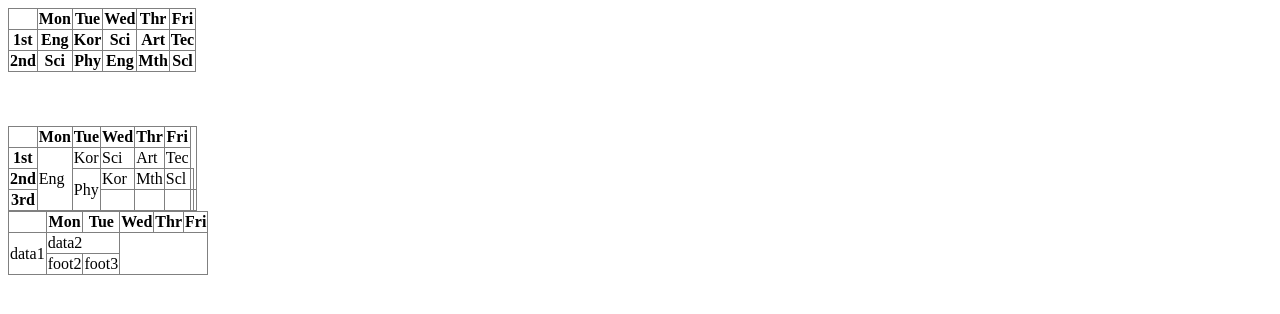
Repository: LucestDail/WebEclipse-Workspace
Page: htmlProject/WebContent/Test1.html
These files come from the project's save history. The page is drawn as it stood at one moment and after the next save; the edit follows.
The browser window is 1280 px wide. The pictures show the whole page.

Above is the page before, as saved 2020-11-05 06:50:55.

After the next save:
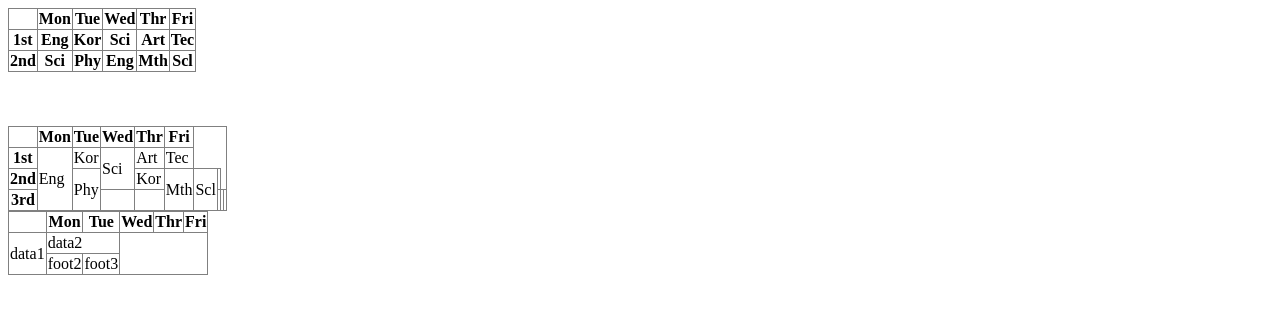
Saved 64 s later.
--- a/htmlProject/WebContent/Test1.html
+++ b/htmlProject/WebContent/Test1.html
@@ -47,7 +47,7 @@
 	<th>1st</th>
 	<td rowspan = "3">Eng</td>
 	<td>Kor</td>
-	<td>Sci</td>
+	<td rowspan = "2">Sci</td>
 	<td>Art</td>
 	<td>Tec</td>
 </tr>
@@ -57,8 +57,8 @@
 	<th>2nd</th>
 	<td rowspan = "2">Phy</td>
 	<td>Kor</td>
-	<td>Mth</td>
-	<td>Scl</td>
+	<td rowspan = "2">Mth</td>
+	<td rowspan = "2">Scl</td>
 	<th></th>
 </tr>
 <tr>
